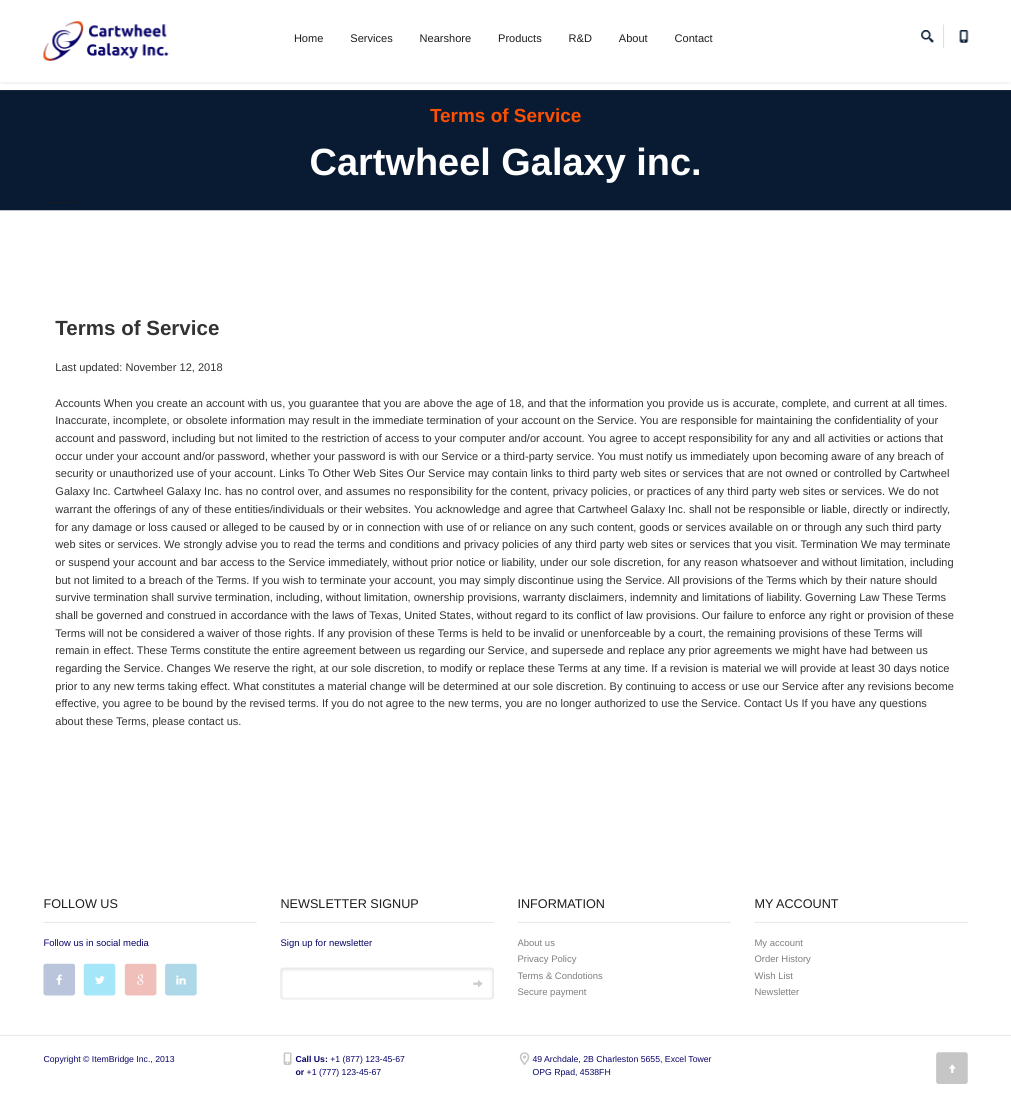
Repository: g-tecio/cwgx.io
Page: terms.html
The author's editor kept a record of every edit. The page is drawn from the files as they stood at one moment, then again after the next edit.
The browser window is 1280 px wide. The pictures show the whole page, at 79% of full size.

Above is the page before.

After the next edit:
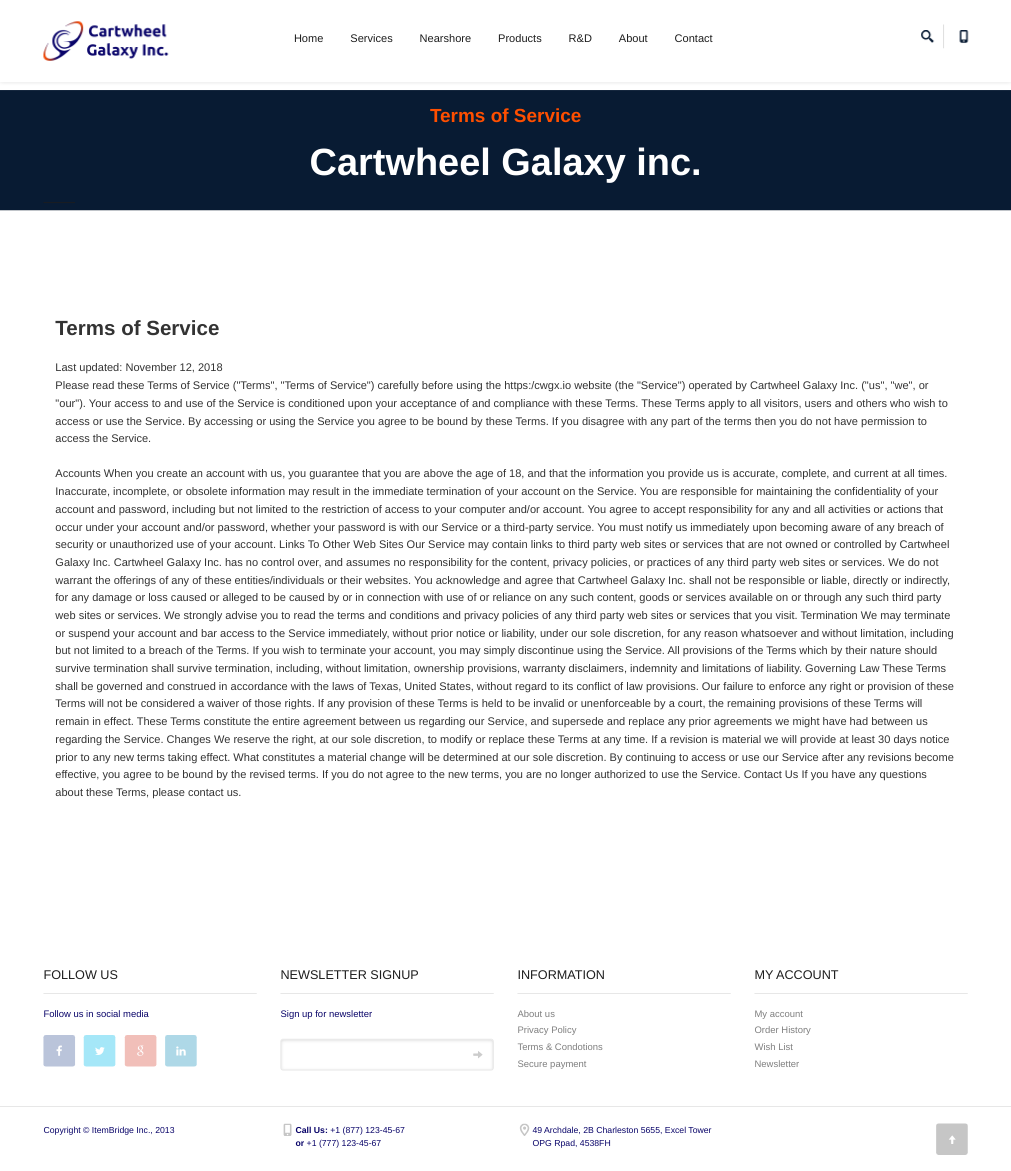
The edit:
--- a/terms.html
+++ b/terms.html
@@ -176,8 +176,11 @@
 		  <h4>Terms of Service</h4>
 Last updated: November 12, 2018
 <p>
-
-</p>
+   Please read these Terms of Service ("Terms", "Terms of Service") carefully before using the https:/cwgx.io website (the "Service") operated by Cartwheel Galaxy Inc. ("us", "we", or "our").
+Your access to and use of the Service is conditioned upon your acceptance of and compliance with these Terms. These Terms apply to all visitors, users and others who wish to access or use the Service.
+By accessing or using the Service you agree to be bound by these Terms. If you disagree with any part of the terms then you do not have permission to access the Service.
+</p>
+<h4></h4>
 <p>
 
 </p>
